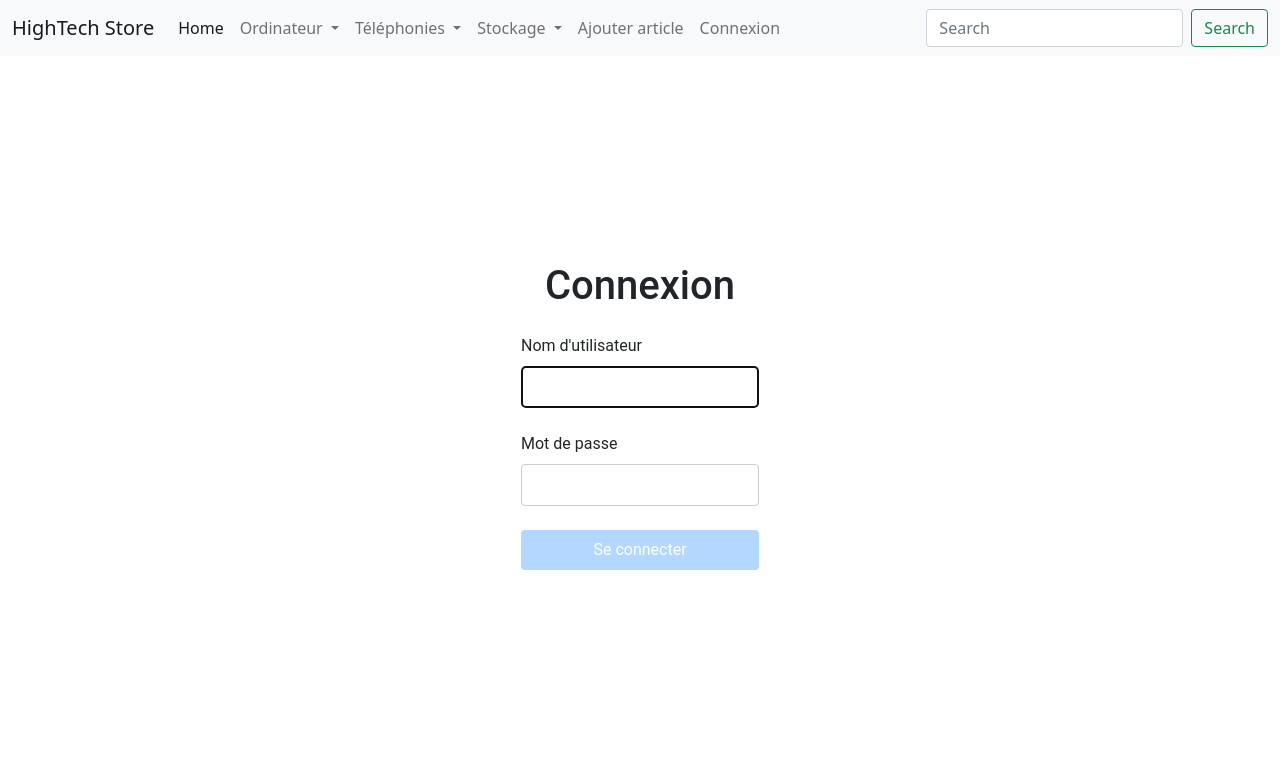
Repository: HaPhuong-krys/M1-angular
Page: /Connexion
An editor plug-in stored every save of this project. The page is shown before and after the next save, followed by the edit.
The browser window is 1280 px wide. The pictures show the whole page.
The project was rebuilt for these pictures with package versions that can differ from the ones it lists, and the page was loaded fresh each time. Also part of the build but not shown: angular.json, src/app/home/home.component.ts, src/app/pc-bureau/pc-bureau.component.ts, src/app/pc-portable/pc-portable.component.ts, src/app/ajouter-article-form/ajouter-article-form.component.ts, src/app/Model/Articles.ts, src/app/accessoire-ordi/accessoire-ordi.component.ts, src/app/smart-phone/smart-phone.component.ts and 10 more.

Above is the page before, as saved 2023-04-22 23:54:06.

### src/index.html
<!doctype html>
<html lang="en">
<head>
  <meta charset="utf-8">
  <title>HighTechStore</title>
  <base href="/">
  <meta name="viewport" content="width=device-width, initial-scale=1">
  <link rel="icon" type="image/x-icon" href="favicon.ico">
  <!-- Boostrap css -->
  <link href="https://cdn.jsdelivr.net/npm/bootstrap@5.0.2/dist/css/bootstrap.min.css"
  rel="stylesheet" integrity="sha384-EVSTQN3/azprG1Anm3QDgpJLIm9Nao0Yz1ztcQTwFspd3yD65VohhpuuCOmLASjC" crossorigin="anonymous">
</head>
<body>
  <app-root></app-root>
   <!-- Boostrap -->
  <script src="https://cdn.jsdelivr.net/npm/@popperjs/core@2.9.2/dist/umd/popper.min.js"
  integrity="sha384-IQsoLXl5PILFhosVNubq5LC7Qb9DXgDA9i+tQ8Zj3iwWAwPtgFTxbJ8NT4GN1R8p" crossorigin="anonymous"></script>
  <script src="https://cdn.jsdelivr.net/npm/bootstrap@5.0.2/dist/js/bootstrap.min.js"
  integrity="sha384-cVKIPhGWiC2Al4u+LWgxfKTRIcfu0JTxR+EQDz/bgldoEyl4H0zUF0QKbrJ0EcQF" crossorigin="anonymous"></script>
</body>
</html>

### src/app/app.module.ts
import { NgModule } from '@angular/core';
import { BrowserModule } from '@angular/platform-browser';

import { AppRoutingModule } from './app-routing.module';
import { AppComponent } from './app.component';
import { NavbarComponent } from './navbar/navbar.component';
import { HomeComponent } from './home/home.component';
import { PcPortableComponent } from './pc-portable/pc-portable.component';
import { PcBureauComponent } from './pc-bureau/pc-bureau.component';
import { ConnexionComponent } from './connexion/connexion.component';
import { PhonesModule } from './modules/phones/phones.module';
import { StockageModule } from './modules/stockage/stockage.module';
import { AjouterArticleFormComponent } from './ajouter-article-form/ajouter-article-form.component';
import {HttpClientModule} from '@angular/common/http';
import { PcPortableServiceService } from './pc-portable-service.service';
import { FormCreationArticleService } from './form-creation-article.service';
import { FooterComponent } from './footer/footer.component';
import { FormsModule } from '@angular/forms';
import { HomeService } from './home.service';
import { PcBureauServiceService } from './pc-bureau-service.service';
import { AccesOrdiServiceService } from './acces-ordi-service.service';
import { AccessoireOrdiComponent } from './accessoire-ordi/accessoire-ordi.component';
import { SmartPhoneComponent } from './smart-phone/smart-phone.component';
import { SmartPhoneServiceService } from './smart-phone-service.service';
import { TelephoneFixComponent } from './telephone-fix/telephone-fix.component';
import { TelephoneFixServiceService } from './telephone-fix-service.service';
import { AccessoireTelfixComponent } from './accessoire-telfix/accessoire-telfix.component';
import { AccesTelfixServiceService } from './acces-telfix-service.service';
import { DisqueDurComponent } from './disque-dur/disque-dur.component';
import { UsbComponent } from './usb/usb.component';
import { AccessoireStockageComponent } from './accessoire-stockage/accessoire-stockage.component';
import { DisqueDurServiceService } from './disque-dur-service.service';
import { UsersComponent } from './users/users.component';
import { DeconnexionComponent } from './deconnexion/deconnexion.component';

@NgModule({
  declarations: [
    AppComponent,
    NavbarComponent,
    HomeComponent,
    PcPortableComponent,
    PcBureauComponent,
    ConnexionComponent,
    AjouterArticleFormComponent,
    FooterComponent,
    AccessoireOrdiComponent,
    SmartPhoneComponent,
    TelephoneFixComponent,
    AccessoireTelfixComponent,
    DisqueDurComponent,
    UsbComponent,
    AccessoireStockageComponent,
    UsersComponent,
    DeconnexionComponent,


  ],
  imports: [
    BrowserModule,
    AppRoutingModule,
    PhonesModule,
    StockageModule,
    HttpClientModule,
    FormsModule
  ],
  providers: [
    PcPortableServiceService,
    FormCreationArticleService,
    HomeService,
    PcBureauServiceService,
    AccesOrdiServiceService,
    SmartPhoneServiceService,
    TelephoneFixServiceService,
    AccesTelfixServiceService,
    DisqueDurServiceService
  ],
  bootstrap: [AppComponent]
})
export class AppModule { }

### src/app/app-routing.module.ts
import { NgModule } from '@angular/core';
import { RouterModule, Routes } from '@angular/router';
import { ConnexionComponent } from './connexion/connexion.component';
import { HomeComponent } from './home/home.component';
import { PcBureauComponent } from './pc-bureau/pc-bureau.component';
import { PcPortableComponent } from './pc-portable/pc-portable.component';
import { AjouterArticleFormComponent } from './ajouter-article-form/ajouter-article-form.component';
import { AccessoireOrdiComponent } from './accessoire-ordi/accessoire-ordi.component';
import { SmartPhoneComponent } from './smart-phone/smart-phone.component';
import { TelephoneFixComponent } from './telephone-fix/telephone-fix.component';
import { AccessoireTelfixComponent } from './accessoire-telfix/accessoire-telfix.component';
import { DisqueDurComponent } from './disque-dur/disque-dur.component';
import { UsbComponent } from './usb/usb.component';
import { AccessoireStockageComponent } from './accessoire-stockage/accessoire-stockage.component';

const routes: Routes = [
  { path:'home', component:HomeComponent},
  { path: 'PcPortable', component: PcPortableComponent},
  { path: 'PcBureau', component: PcBureauComponent},
  { path: 'Connexion', component: ConnexionComponent},
  { path: 'AjouterAticleForm', component: AjouterArticleFormComponent},
  { path: 'AccessoireOrdi', component: AccessoireOrdiComponent},
  { path: 'SmartPhone', component: SmartPhoneComponent},
  { path: 'telephoneFix', component: TelephoneFixComponent},
  { path: 'AccessoireTelFix', component: AccessoireTelfixComponent},
  { path: 'DisqueDur', component: DisqueDurComponent},
  { path: 'USB', component: UsbComponent},
  { path: 'AccessoireStock', component : AccessoireStockageComponent}
];

@NgModule({
  imports: [RouterModule.forRoot(routes)],
  exports: [RouterModule]
})
export class AppRoutingModule { }

### src/app/app.component.ts
import { Component } from '@angular/core';

@Component({
  selector: 'app-root',
  templateUrl: './app.component.html',
  styleUrls: ['./app.component.css']
})
export class AppComponent {
  title = 'HighTechStore';
}

### src/app/connexion/connexion.component.ts
// connexion.component.ts
import { Component } from '@angular/core';
import { NgForm } from '@angular/forms';
import { AuthService } from './auth.service';

@Component({
  selector: 'app-connexion',
  templateUrl: './connexion.component.html',
  styleUrls: ['./connexion.component.css']
})
export class ConnexionComponent {
  user = {
    username: '',
    password: ''
  };

  constructor(private authService: AuthService) {}

  onSubmit(form: NgForm) {
    if (form.valid) {
      this.authService.login(this.user.username, this.user.password).subscribe(response => {
        // Gérer la réponse et stocker les informations d'authentification
      });
    }
  }
}

### src/app/modules/phones/phones.module.ts
import { NgModule } from '@angular/core';
import { CommonModule } from '@angular/common';

import { PhonesRoutingModule } from './phones-routing.module';


@NgModule({
  declarations: [],
  imports: [
    CommonModule,
    PhonesRoutingModule
  ]
})
export class PhonesModule { }

### src/app/modules/stockage/stockage.module.ts
import { NgModule } from '@angular/core';
import { CommonModule } from '@angular/common';

import { StockageRoutingModule } from './stockage-routing.module';


@NgModule({
  declarations: [],
  imports: [
    CommonModule,
    StockageRoutingModule
  ]
})
export class StockageModule { }

### src/app/pc-portable-service.service.ts
import { Injectable } from '@angular/core';
import  { HttpClient, HttpClientModule } from  '@angular/common/http';
import { Observable } from 'rxjs';
import { Articles } from './Model/Articles';


@Injectable({
  providedIn: 'root'
})
export class PcPortableServiceService {
  url_portable = 'http://localhost:8080/Projet-REST-V1/articles/list/PC_Portable';

  constructor(private http:HttpClient) { }

  getArticlePcPortable():Observable<Array<Articles>>{
    return this.http.get<Array<Articles>>(this.url_portable);
  }
}

### src/app/form-creation-article.service.ts
import { Injectable } from '@angular/core';
import  { HttpClient, HttpClientModule, HttpHeaders } from  '@angular/common/http';
import { Observable } from 'rxjs';
import { Categories } from './Model/Categories';
import { Articles } from './Model/Articles';


@Injectable({
  providedIn: 'root'
})
export class FormCreationArticleService {

  url = 'http://localhost:8080/Projet-REST-V1/categories/list';

  addUrl = 'http://localhost:8080/Projet-REST-V1/articles';

  articleData: any = {};

  constructor(private http:HttpClient) { }

  getAllCategories():Observable<Array<Categories>>{
    return this.http.get<Array<Categories>>(this.url);
  }

  httpOptions = {
    headers: new HttpHeaders({ 'Content-Type': 'application/json' })
  };

  addArticle(article: Articles): Observable<Articles> {
    const url = `${this.addUrl}/add`;
    return this.http.post<Articles>(url, article, this.httpOptions);
    //return this.http.post<Articles[]>(`${this.addUrl}/add`, article);
  }

}

### src/app/home.service.ts
import { Injectable } from '@angular/core';
import  { HttpClient, HttpClientModule, HttpHeaders } from  '@angular/common/http';
import { Observable } from 'rxjs';
import { Categories } from './Model/Categories';
import { Articles } from './Model/Articles';

@Injectable({
  providedIn: 'root'
})
export class HomeService {
  url = 'http://localhost:8080/Projet-REST-V1/articles/list';
  articleData: any = {};

  constructor(private http:HttpClient) { }

  getAllArticle():Observable<Array<Articles>>{
    return this.http.get<Array<Articles>>(this.url);
  }
}

### src/app/pc-bureau-service.service.ts
import { HttpClient } from '@angular/common/http';
import { Injectable } from '@angular/core';
import { Observable } from 'rxjs';
import { Articles } from './Model/Articles';

@Injectable({
  providedIn: 'root'
})
export class PcBureauServiceService {

  url_bureau = 'http://localhost:8080/Projet-REST-V1/articles/list/PC_Bureau';

  constructor(private http:HttpClient) { }

  getArticlePcBureau():Observable<Array<Articles>>{
    return this.http.get<Array<Articles>>(this.url_bureau);
  }
}

### src/app/acces-ordi-service.service.ts
import { HttpClient } from '@angular/common/http';
import { Injectable } from '@angular/core';
import { Observable } from 'rxjs';
import { Articles } from './Model/Articles';

@Injectable({
  providedIn: 'root'
})
export class AccesOrdiServiceService {

  access_ordi = 'http://localhost:8080/Projet-REST-V1/articles/list/accessoire_ordi';
  constructor(private http:HttpClient) { }

  getArticleAccesoireOrdi(): Observable<Array<Articles>>{
    return this.http.get<Array<Articles>>(this.access_ordi);
  }
}

### src/app/smart-phone-service.service.ts
import { HttpClient } from '@angular/common/http';
import { Injectable } from '@angular/core';
import { Observable } from 'rxjs';
import { Articles } from './Model/Articles';

@Injectable({
  providedIn: 'root'
})
export class SmartPhoneServiceService {

  url_smartphone = 'http://localhost:8080/Projet-REST-V1/articles/list/smartphone';


  constructor(private http: HttpClient) { }

  getArticleSmartphone():Observable<Array<Articles>>{
    return this.http.get<Array<Articles>>(this.url_smartphone);
  }
}

### src/app/telephone-fix-service.service.ts
import { HttpClient } from '@angular/common/http';
import { Injectable } from '@angular/core';
import { Articles } from './Model/Articles';

@Injectable({
  providedIn: 'root'
})
export class TelephoneFixServiceService {
  url_telFix = 'http://localhost:8080/Projet-REST-V1/articles/list/telephoneFix';

  constructor(private http: HttpClient) { }

  getArticleTelephoneFix(){
    return this.http.get<Array<Articles>>(this.url_telFix);
  }
}

### src/app/acces-telfix-service.service.ts
import { HttpClient } from '@angular/common/http';
import { Injectable } from '@angular/core';
import { Articles } from './Model/Articles';

@Injectable({
  providedIn: 'root'
})
export class AccesTelfixServiceService {

  url_accesstel= 'http://localhost:8080/Projet-REST-V1/articles/list/accessoire_tel';

  constructor(private http:HttpClient) { }

  getArticleAccessoireTelFix(){
    return this.http.get<Array<Articles>>(this.url_accesstel);
  }

}

### src/app/disque-dur-service.service.ts
import { HttpClient } from '@angular/common/http';
import { Injectable } from '@angular/core';
import { Articles } from './Model/Articles';

@Injectable({
  providedIn: 'root'
})
export class DisqueDurServiceService {

  url_disque = 'http://localhost:8080/Projet-REST-V1/articles/list/Disque_dur';

  constructor(private http:HttpClient) { }

  getArticleDisqurDur(){
    return this.http.get<Array<Articles>>(this.url_disque);
  }

}

### src/app/navbar/navbar.component.html

<nav class="navbar navbar-expand-lg navbar-light bg-light">
    <div class="container-fluid">
      <a class="navbar-brand" href="#">HighTech Store</a>
      <button class="navbar-toggler" type="button" data-bs-toggle="collapse" data-bs-target="#navbarSupportedContent" aria-controls="navbarSupportedContent" aria-expanded="false" aria-label="Toggle navigation">
        <span class="navbar-toggler-icon"></span>
      </button>
      <div class="collapse navbar-collapse" id="navbarSupportedContent">
        <ul class="navbar-nav me-auto mb-2 mb-lg-0">
          <li class="nav-item">
            <a class="nav-link active" aria-current="page" href="/home">Home</a>
          </li>
          <li class="nav-item dropdown">
            <a class="nav-link dropdown-toggle" href="#" id="navbarDropdown" role="button" data-bs-toggle="dropdown" aria-expanded="false">
              Ordinateur
            </a>
            <ul class="dropdown-menu" aria-labelledby="navbarDropdown">
              <li><a class="dropdown-item" routerLink="/PcPortable">Pc Portable</a></li>
              <li><a class="dropdown-item" routerLink="/PcBureau">Pc Bureau</a></li>
              <li><hr class="dropdown-divider"></li>
              <li><a class="dropdown-item" href="/AccessoireOrdi">Accessoire</a></li>
            </ul>
          </li>
          <li class="nav-item dropdown">
            <a class="nav-link dropdown-toggle" href="#" id="navbarDropdown" role="button" data-bs-toggle="dropdown" aria-expanded="false">
              Téléphonies
            </a>
            <ul class="dropdown-menu" aria-labelledby="navbarDropdown">
              <li><a class="dropdown-item" routerLink="/SmartPhone">Smart Phone</a></li>
              <li><a class="dropdown-item" routerLink="/telephoneFix">Téléphone Fixe</a></li>
              <li><hr class="dropdown-divider"></li>
              <li><a class="dropdown-item" href="/AccessoireTelFix">Accessoire</a></li>
            </ul>
          </li>

          <li class="nav-item dropdown">
            <a class="nav-link dropdown-toggle" href="#" id="navbarDropdown" role="button" data-bs-toggle="dropdown" aria-expanded="false">
              Stockage
            </a>
            <ul class="dropdown-menu" aria-labelledby="navbarDropdown">
              <li><a class="dropdown-item" routerLink="/DisqueDur">Disque Dur</a></li>
              <li><a class="dropdown-item" routerLink="/USB">Clé USB</a></li>
              <li><hr class="dropdown-divider"></li>
              <li><a class="dropdown-item" href="/AccessoireStock">Accessoire</a></li>
            </ul>
          </li>

          <li class="nav-item">
            <a class="nav-link" href="/AjouterAticleForm">Ajouter article</a>
          </li>

          <li class="nav-item">
            <a class="nav-link" href="/Connexion">Connexion  </a>
          </li>
        </ul>
        <form class="d-flex">
          <input class="form-control me-2" type="search" placeholder="Search" aria-label="Search">
          <button class="btn btn-outline-success" type="submit">Search</button>
        </form>
      </div>
    </div>
  </nav>

### src/app/connexion/connexion.component.html
<!-- login.component.html -->
<div class="login-container">
    <h1>Connexion</h1>
    <form (submit)="onSubmit(loginForm)" #loginForm="ngForm">
      <div class="form-group">
        <label for="username">Nom d'utilisateur</label>
        <input type="text" id="username" name="username" [(ngModel)]="user.username" required autofocus>
      </div>

      <div class="form-group">
        <label for="password">Mot de passe</label>
        <input type="password" id="password" name="password" [(ngModel)]="user.password" required>
      </div>

      <button type="submit" [disabled]="!loginForm.valid">Se connecter</button>
    </form>
  </div>

### src/app/connexion/connexion.component.css
/* connexion.component.css */
/* connexion.component.css */
.login-container {
    display: flex;
    flex-direction: column;
    justify-content: center;
    align-items: center;
    min-height: 100vh;
    font-family: 'Roboto', sans-serif;
  }

  h1 {
    text-align: center;
    margin-bottom: 1.5rem;
  }

  .form-container {
    background-color: #ffffff;
    padding: 2rem;
    border-radius: 8px;
    box-shadow: 0 4px 6px rgba(0, 0, 0, 0.1);
    width: 100%;
    max-width: 400px;
  }

.form-group {
  display: flex;
  flex-direction: column;
  margin-bottom: 1.5rem;
}

label {
  margin-bottom: 0.5rem;
}

input {
  padding: 0.5rem;
  font-size: 1rem;
  border: 1px solid #cccccc;
  border-radius: 4px;
}

button {
  cursor: pointer;
  background-color: #007bff;
  color: #ffffff;
  padding: 0.5rem;
  font-size: 1rem;
  border: none;
  border-radius: 4px;
  width: 100%;
}

button:hover {
  background-color: #0069d9;
}

button:disabled {
  background-color: #b3d7ff;
  cursor: not-allowed;
}

### src/app/connexion/auth.service.ts
// auth.service.ts
import { Injectable } from '@angular/core';
import { HttpClient } from '@angular/common/http';
import { Observable } from 'rxjs';

@Injectable({
  providedIn: 'root'
})
export class AuthService {
  private apiUrl = 'http://localhost:8080/api/auth'; // Remplacez cette URL par celle de votre propre API d'authentification

  constructor(private http: HttpClient) {}

  login(username: string, password: string): Observable<any> {
    const body = {
      username,
      password
    };
    return this.http.post(`${this.apiUrl}/login`, body);
  }

  // Ajoutez d'autres méthodes d'authentification si nécessaire, comme register(), logout(), etc.
}

### src/app/modules/phones/phones-routing.module.ts
import { NgModule } from '@angular/core';
import { RouterModule, Routes } from '@angular/router';

const routes: Routes = [];

@NgModule({
  imports: [RouterModule.forChild(routes)],
  exports: [RouterModule]
})
export class PhonesRoutingModule { }

### src/app/modules/stockage/stockage-routing.module.ts
import { NgModule } from '@angular/core';
import { RouterModule, Routes } from '@angular/router';

const routes: Routes = [];

@NgModule({
  imports: [RouterModule.forChild(routes)],
  exports: [RouterModule]
})
export class StockageRoutingModule { }

Loaded but not shown: src/styles.css (common file); src/main.ts (common file); src/app/navbar/navbar.component.ts (common file); src/app/app.component.html (common file); src/app/app.component.css (no stored copy; drawn as an empty file); src/app/navbar/navbar.component.css (no stored copy; drawn as an empty file)

After the next save:
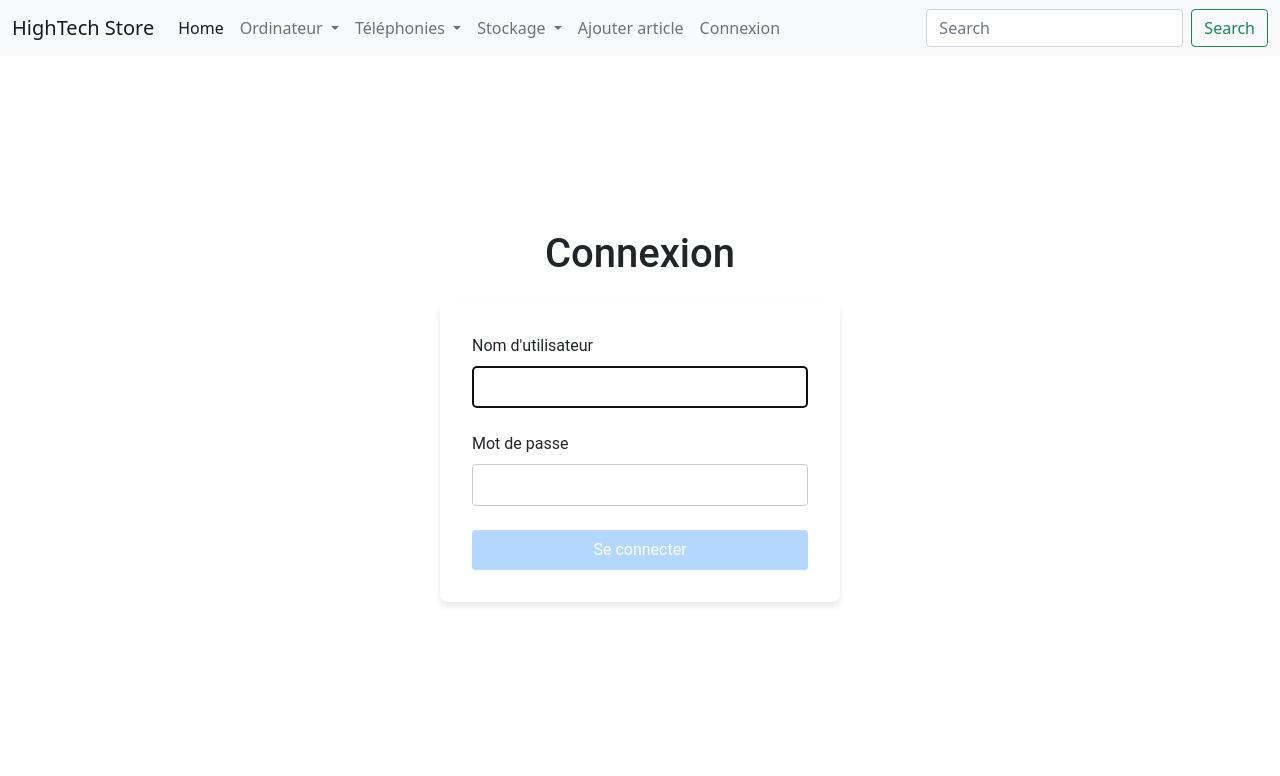
Saved 74 s later.
--- a/src/app/connexion/connexion.component.html
+++ b/src/app/connexion/connexion.component.html
@@ -1,6 +1,7 @@
 <!-- login.component.html -->
 <div class="login-container">
     <h1>Connexion</h1>
+    <div class="form-container">
     <form (submit)="onSubmit(loginForm)" #loginForm="ngForm">
       <div class="form-group">
         <label for="username">Nom d'utilisateur</label>
